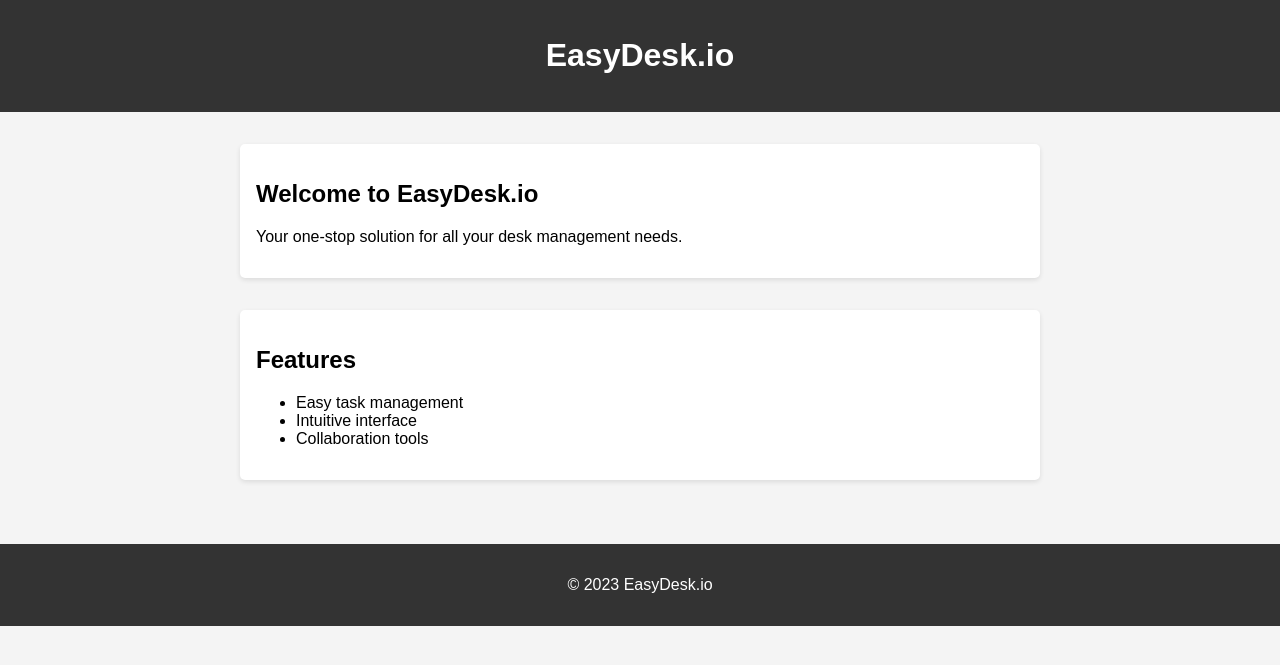
Repository: Gabrielb0rn/0EasyDesk.io
Page: pages/index.html
These files come from the project's save history. The page is drawn as it stood at one moment and after the next save; the edit follows.
The browser window is 1280 px wide. The pictures show the whole page.

Above is the page before, as saved 2024-10-31 14:26:09.

After the next save:
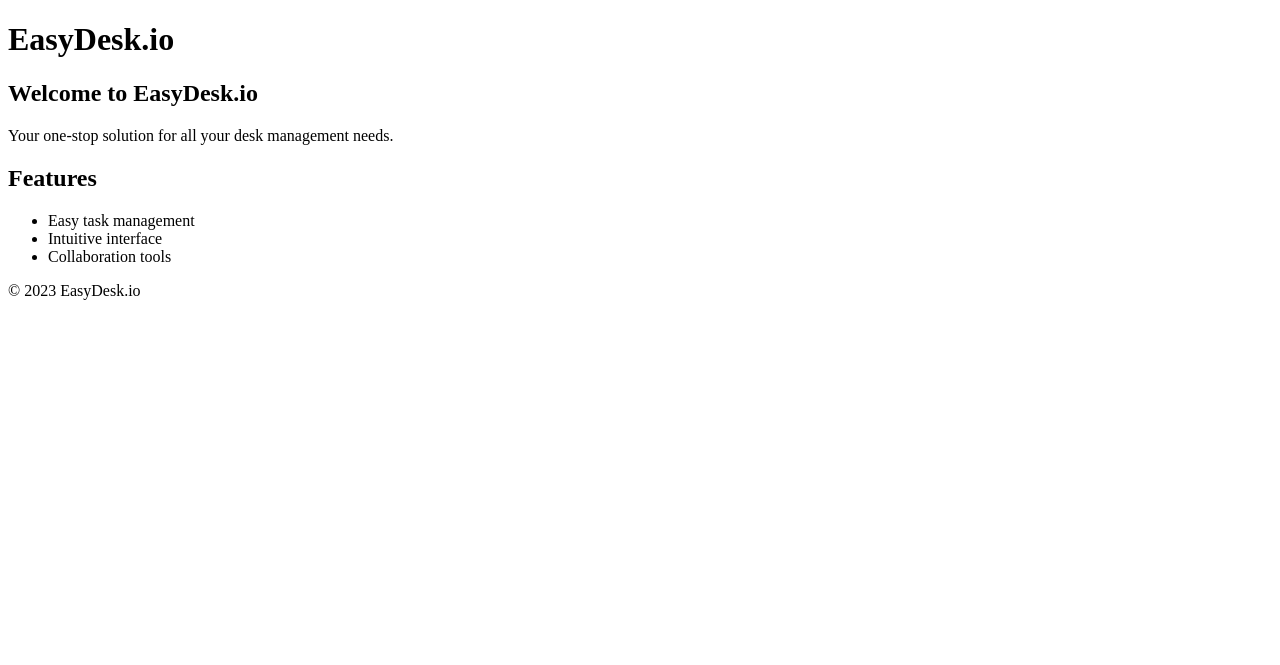
Saved 24 s later.
--- a/pages/index.html
+++ b/pages/index.html
@@ -5,36 +5,7 @@
     <meta name="viewport" content="width=device-width, initial-scale=1.0">
     <title>EasyDesk.io</title>
     <style>
-        body {
-            font-family: sans-serif;
-            margin: 0;
-            padding: 0;
-            background-color: #f4f4f4;
-        }
-        header {
-            background-color: #333;
-            color: #fff;
-            padding: 1rem 0;
-            text-align: center;
-        }
-        main {
-            padding: 2rem;
-            max-width: 800px;
-            margin: 0 auto;
-        }
-        section {
-            margin-bottom: 2rem;
-            padding: 1rem;
-            background-color: #fff;
-            border-radius: 5px;
-            box-shadow: 0 2px 5px rgba(0,0,0,0.1);
-        }
-        footer {
-            background-color: #333;
-            color: #fff;
-            padding: 1rem 0;
-            text-align: center;
-        }
+
     </style>
 </head>
 <body>
